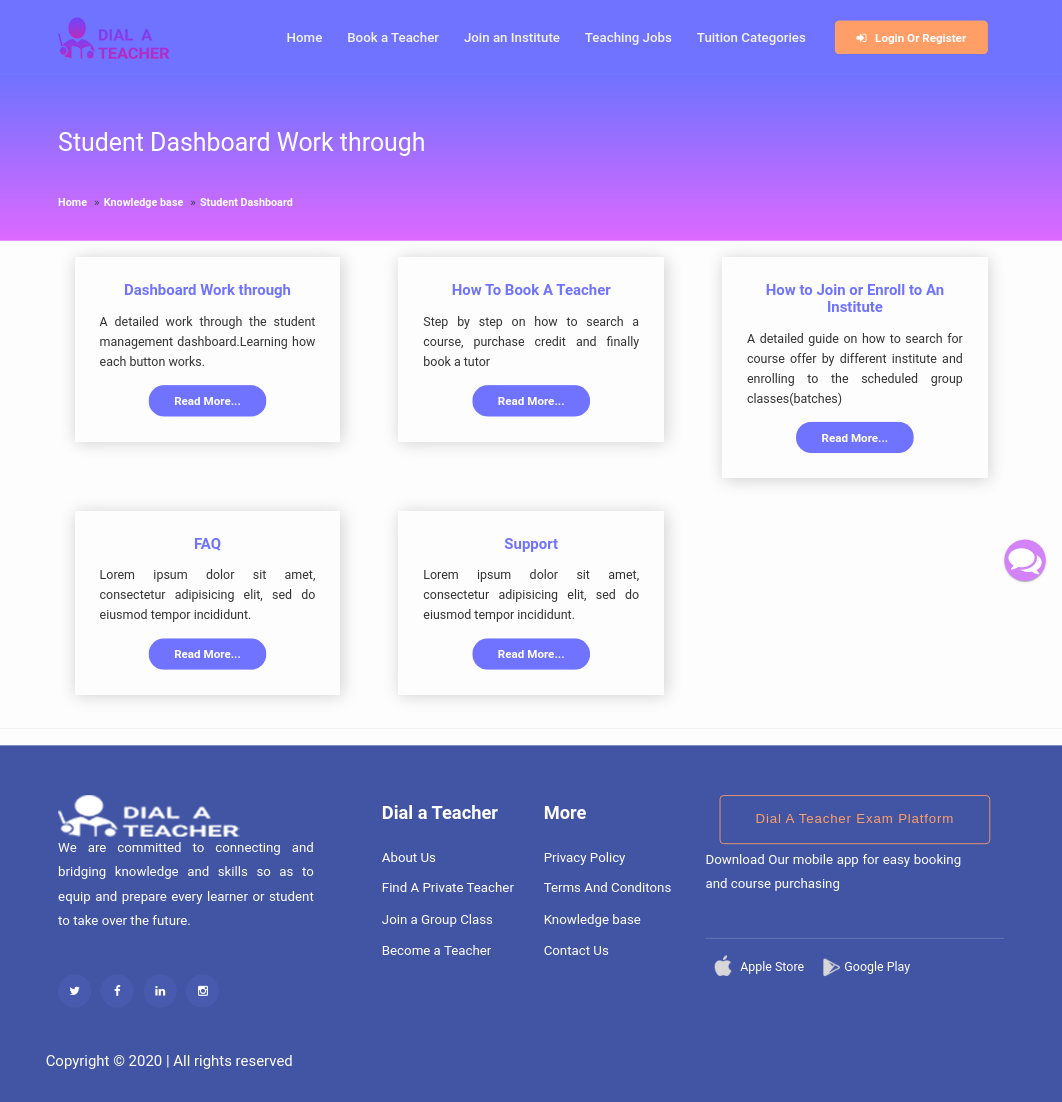
Repository: Samkiroko/DAT_knowledge
Page: knowledge_base/stdashboard.html
These files come from the project's save history. The page is drawn as it stood at one moment and after the next save; the edit follows.
The browser window is 1280 px wide. The pictures show the whole page, at 83% of full size.

Above is the page before, as saved 2020-12-16 14:37:20.
Console error: TypeError: e.indexOf is not a function

After the next save:
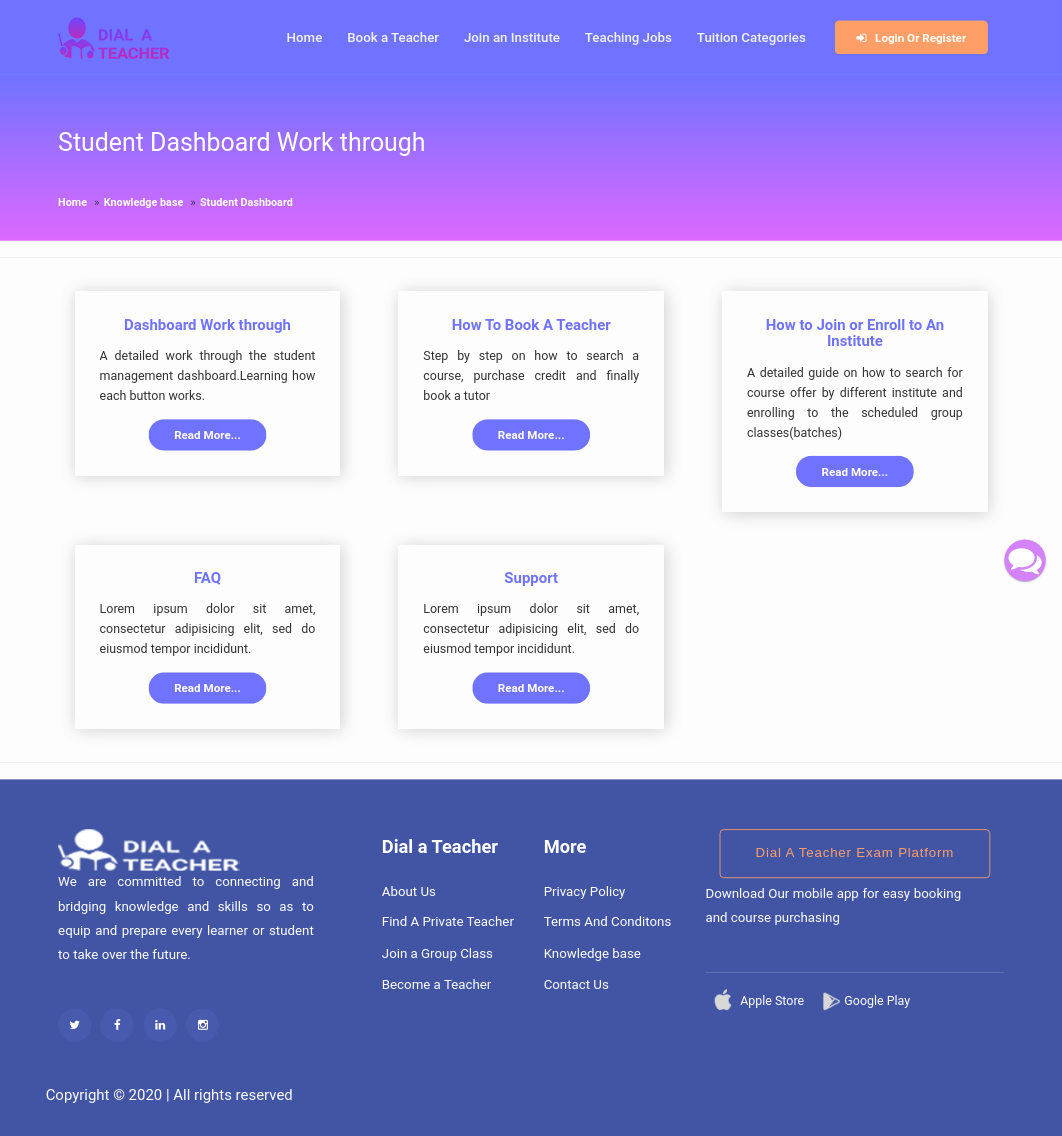
Saved 33 s later.
--- a/knowledge_base/stdashboard.html
+++ b/knowledge_base/stdashboard.html
@@ -123,7 +123,9 @@
       </div>
     </section>
 
-
+    <div>
+      <hr>
+    </div>
     <!--====  End of main-page  ====-->
 
     <!--===========================================
